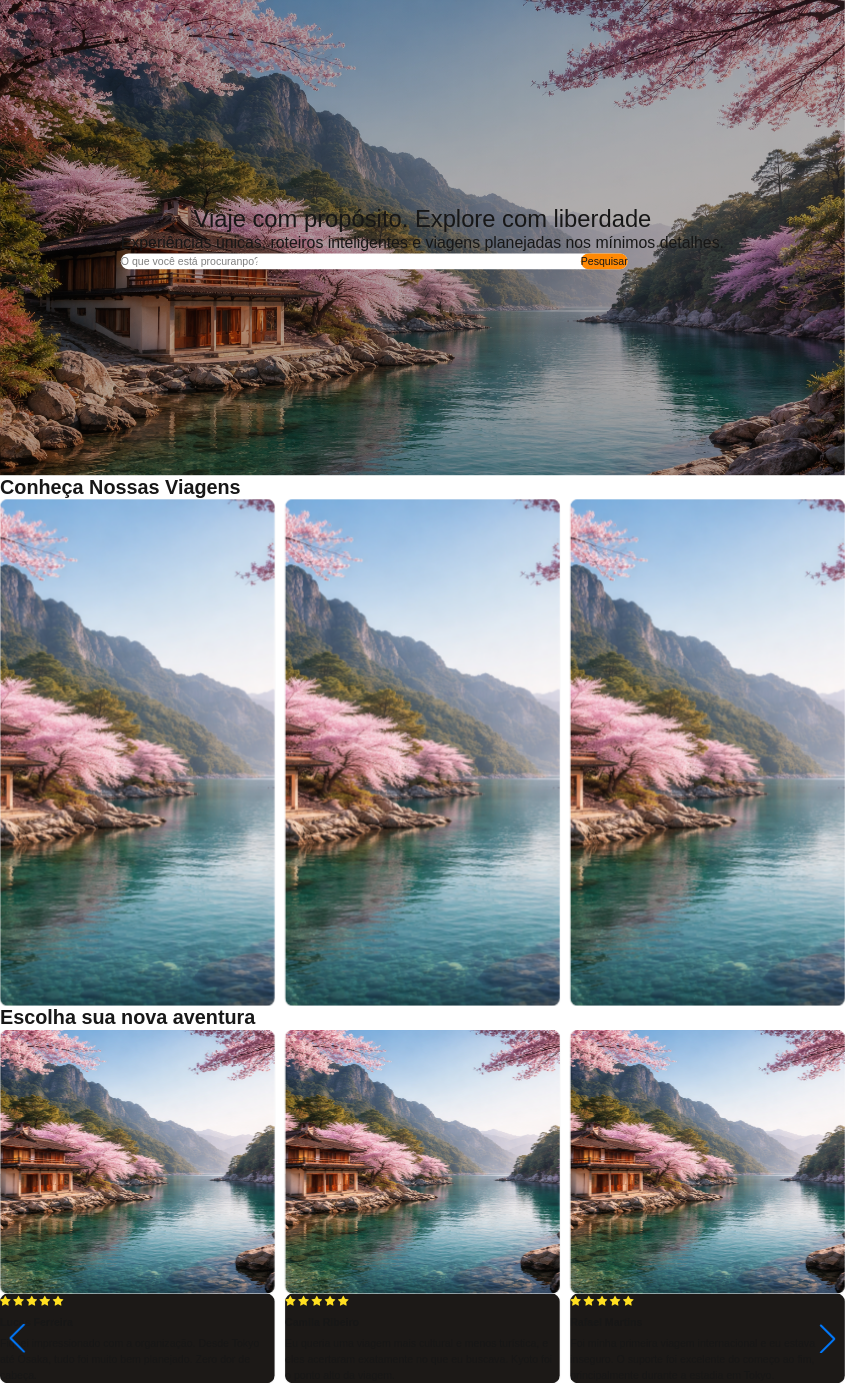
Repository: pedroantoniosi/tripicon-site
Page: /home
The author's editor kept a copy of each file at every save. The page is drawn from the files as they stood at one save, then again after the next save.
The browser window is 1280 px wide. The pictures show the whole page, at 66% of full size.
The project was rebuilt for these pictures with package versions that can differ from the ones it lists, and the page was loaded fresh each time. The framework's server and built-in components were replaced by stand-ins that run in the browser. Also part of the build but not shown: next.config.ts.

Above is the page before, as saved 2026-04-02 19:35:44.

After the next save:
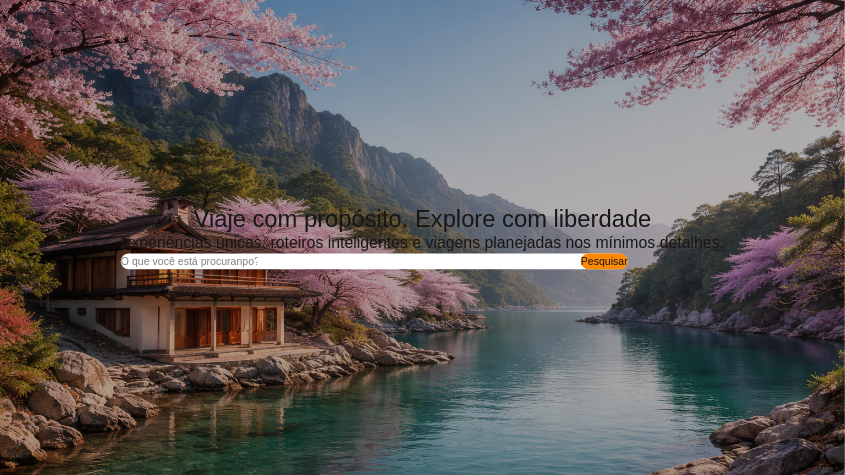
Saved 53 s later.
--- a/src/app/home/page.tsx
+++ b/src/app/home/page.tsx
@@ -56,93 +56,6 @@ export default function Home() {
           <Searchbar />
         </div>
       </section>
-
-      {/* Sessão de Novidades */}
-      <Container>
-        {/* Sessão de planos de viagens */}
-        <section className="">
-          <h2 className="font-bold text-3xl py-2">Conheça Nossas Viagens</h2>
-          <div>
-            <Slider
-              data={trips}
-              slidesPerView={{
-                mobile: 1,
-                tablet: 2,
-                desktop: 3,
-              }}
-              autoplay
-              loop
-              renderItem={(item) => (
-                <div className="rounded-xl overflow-hidden shadow">
-                  <img
-                    src={item.image}
-                    alt={item.title}
-                    className="w-full h-[768px] object-cover"
-                  />
-                  <h2 className="p-4 font-bold">{item.title}</h2>
-                </div>
-              )}
-            />
-          </div>
-        </section>
-
-        {/* Sessão de planos de viagens */}
-        <section className="">
-          <h2 className="font-bold text-3xl py-2">Escolha sua nova aventura</h2>
-          <div>
-            <Slider
-              data={trips}
-              slidesPerView={{
-                mobile: 1,
-                tablet: 2,
-                desktop: 3,
-              }}
-              autoplay
-              loop
-              renderItem={(item) => (
-                <div className="rounded-xl overflow-hidden shadow">
-                  <img
-                    src={item.image}
-                    alt={item.title}
-                    className="w-full h-[400px] object-cover"
-                  />
-                  <h2 className="p-4 font-bold">{item.title}</h2>
-                </div>
-              )}
-            />
-          </div>
-        </section>
-
-        {/* Sessão de planos de viagens */}
-        <div className="">
-          <div className="flex flex-wrap gap-2">
-            <Slider
-              data={reviews}
-              slidesPerView={{
-                mobile: 1.2,
-                tablet: 2,
-                desktop: 3,
-              }}
-              autoplay
-              loop
-              renderItem={(item) => (
-                <div className="rounded-xl overflow-hidden shadow flex flex-col gap-2 bg-stone-900  p-2 rounded-2xl">
-                  <div className="flex gap-1">
-                    {Array.from({ length: item.stars }).map((_, index) => (
-                      <i
-                        key={index}
-                        className="bi bi-star-fill text-yellow-300"
-                      ></i>
-                    ))}
-                  </div>
-                  <h2 className="font-bold">{item.name}</h2>
-                  <p>{item.text}</p>
-                </div>
-              )}
-            />
-          </div>
-        </div>
-      </Container>
     </>
   );
 }
